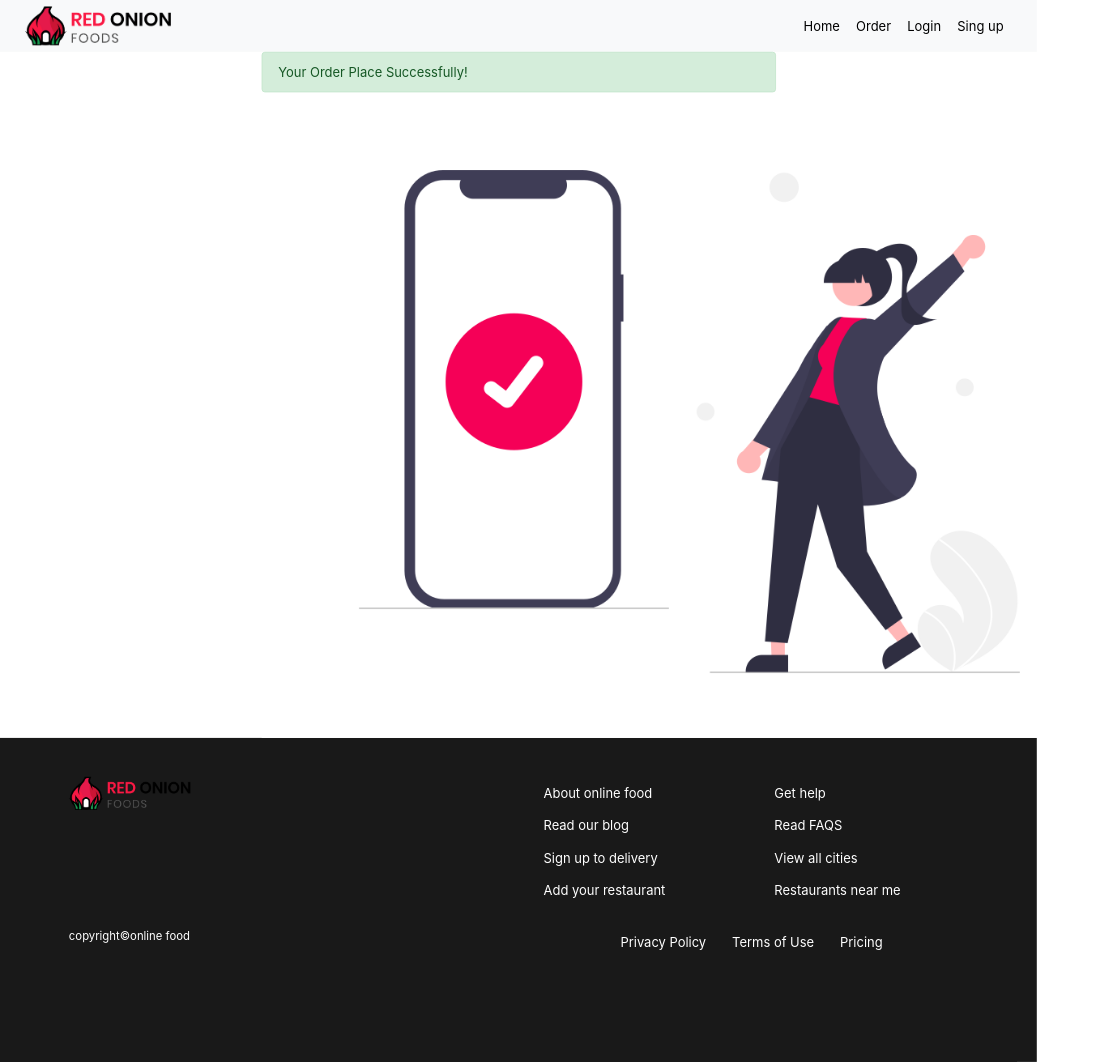
Repository: arif286/red-onion-client
Page: /checkOut
An editor plug-in stored every save of this project. The page is shown before and after the next save, followed by the edit.
The browser window is 1280 px wide. The page is 1379 px wide, then 1280 px, so the pictures cover 1379 px, including what lies to the right of the window. The pictures show the whole page, at 81% of full size.
The page's requests for data from a server got no answer. The project was rebuilt for these pictures with package versions that can differ from the ones it lists, and the page was loaded fresh each time. No one was signed in, and anything a server would have sent is missing. Also part of the build but not shown: src/App.css, src/components/CheckOut/CheckOut.css, src/components/CheckOut/CheckOutForm/CheckOutFrom.js, src/components/SearchBar/SearchBar.css, src/components/SearchBar/SearchBar.js, src/components/FoodDetails/FoodDetail.css, src/components/FoodDetails/FoodDetail.js, src/components/DeliveryFood/DeliveryFood.js and 12 more. Imported but missing from the stored project, and not drawn on this page: src/components/CheckOut/Map/Map.

Above is the page before, as saved 2021-04-06 03:24:32.

After the next save:
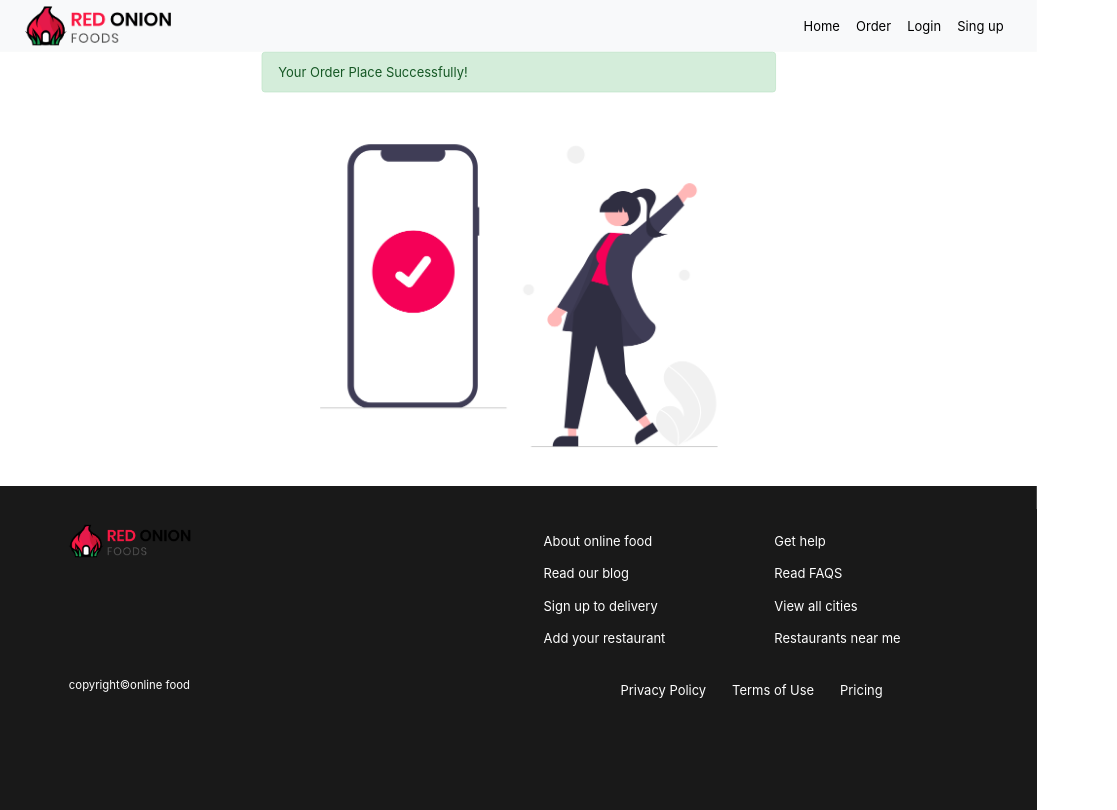
Saved 37 s later.
--- a/src/components/CheckOut/CheckOut.js
+++ b/src/components/CheckOut/CheckOut.js
@@ -63,7 +63,7 @@ const CheckOut = () => {
         <div className="row justify-content-center">
           <div className="col-md-7">
             <Alert variant="success">Your Order Place Successfully! </Alert>
-            <img src={Order} alt="confirm" />
+            <img className='img-fluid' src={Order} alt="confirm" />
           </div>
         </div>
       ) : (
